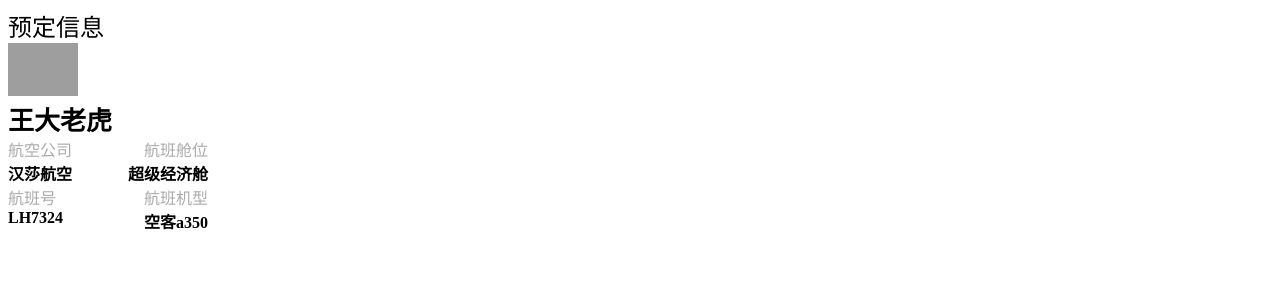
Repository: xzm1997/react-learning
Page: /
These files come from the project's save history. The page is drawn as it stood at one moment and after the next save; the edit follows.
The browser window is 1280 px wide. The pictures show the whole page.
Pictures or frames that could not be fetched are drawn as grey boxes. The project was rebuilt for these pictures with package versions that can differ from the ones it lists, and the page was loaded fresh each time.

Above is the page before, as saved 2023-01-31 10:33:27.

After the next save:
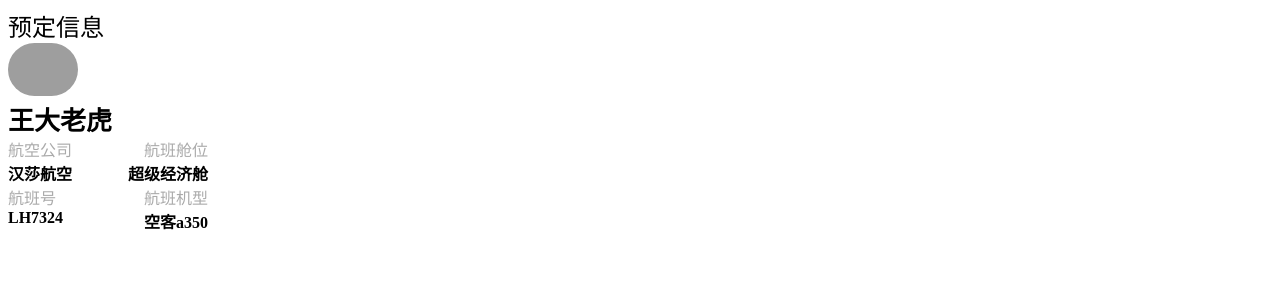
Saved 22 s later.
--- a/src/index.css
+++ b/src/index.css
@@ -1,5 +1,6 @@
 .ava {
   width: 70px;
+  border-radius: 35px;
 }
 
 .userName {
